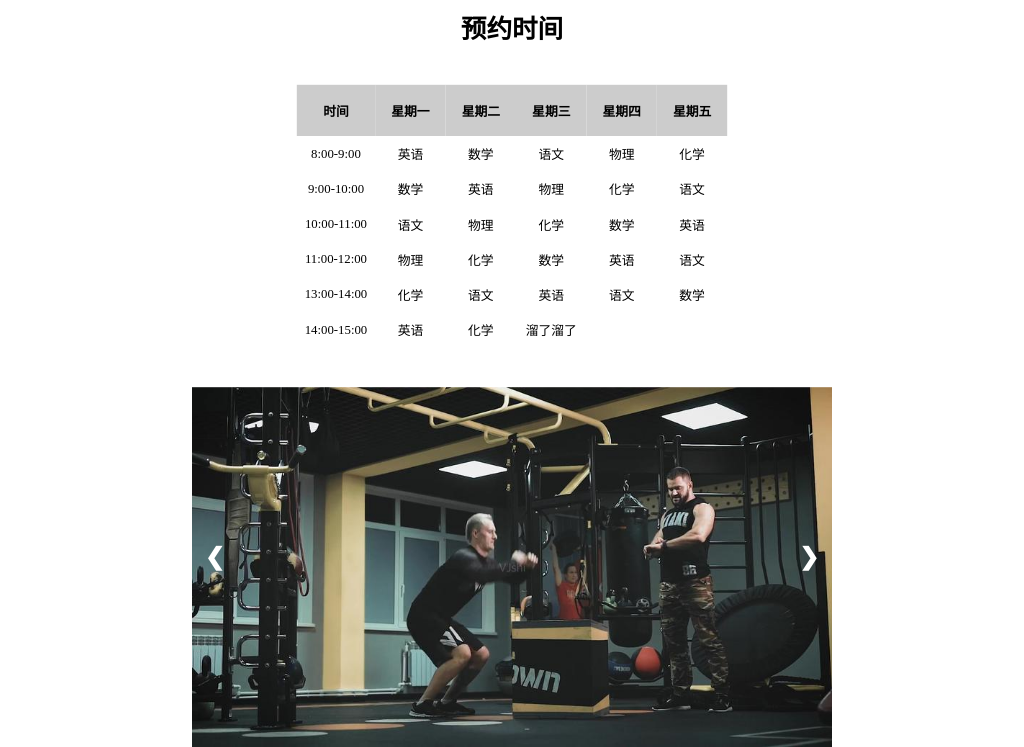
Repository: wupeng6666/Sports-Hall-Booking-System
Page: LearingDjango/app01/templates/yuyue.html
The author's editor kept a copy of each file at every save. The page is drawn from the files as they stood at one save, then again after the next save.
The browser window is 1280 px wide. The pictures show the whole page, at 80% of full size.
Backgrounds fixed to the window are drawn as part of the page. The template is drawn by Django 4.2. The application's start-up code is not run. Other server files are loaded and not shown. The template is opened directly, without the code that normally fills it, so the values that code supplies are empty.

Above is the page before, as saved 2023-06-07 14:05:28.

### LearingDjango/app01/templates/yuyue.html
{% load static %}
<html lang="en">




<head>
    <meta charset="UTF-8">
    <title>课表</title>
    {% load static %}
</head>
<style>
    h1 {
        text-align: center;
        margin-top: 10px;
    }

    table {
        margin: 50px auto;
        border-collapse: collapse;
    }

    th {
        background-color: #ccc;
        font-weight: bold;
        padding: 20px;
    }

    td {
        text-align: center;
        padding: 10px;
    }

    .course {
        cursor: pointer;
        background-color: #fff;
    }

    .course:hover {
        background-color: #f7f7f7;
    }

    /* 轮播图 */
    .slideshow-container {
        position: relative;
        margin: auto;
        height: 400px;
        width: 800px;
    }

    .mySlides {
        display: none;
        position: absolute;
        width: 100%;
        height: 100%;
    }

    .prev,
    .next {
        position: absolute;
        top: 50%;
        width: auto;
        margin-top: -22px;
        padding: 16px;
        color: white;
        font-weight: bold;
        font-size: 30px;
        transition: 0.6s ease;
        border-radius: 0 3px 3px 0;
        cursor: pointer;
    }

    .prev {
        left: 0;
        border-radius: 3px 0 0 3px;
    }

    .next {
        right: 0;
        border-radius: 3px 0 0 3px;
    }

    .prev:hover,
    .next:hover {
        background-color: rgba(0, 0, 0, 0.8);
    }

    .fade {
        animation-name: fade;
        animation-duration: 1.5s;
    }

    @keyframes fade {
        from {
            opacity: .4
        }

        to {
            opacity: 1
        }
    }

    /* 背景图 */
    .image-container {
        background: url("{% static '../static/img/beijing.webp' %}") no-repeat center center fixed;
        -webkit-background-size: cover;
        -moz-background-size: cover;
        -o-background-size: cover;
        background-size: cover;
        opacity: 1;
    }
</style>

<body>
    {% load static %}
    <!-- 背景图 -->
    <div class="image-container">
        <!-- <img src="{% static '../static/img/beijing.webp' %}" alt=""> -->
    </div>

    <h1>预约时间</h1>
    <table>
        <thead>
            <tr>
                <th>时间</th>
                <th>星期一</th>
                <th>星期二</th>
                <th>星期三</th>
                <th>星期四</th>
                <th>星期五</th>
            </tr>
        </thead>
        <tbody>
            <tr>
                <td>8:00-9:00</td>
                <td class="course" id="monday1">英语</td>
                <td class="course" id="tuesday1">数学</td>
                <td class="course" id="wednesday1">语文</td>
                <td class="course" id="thursday1">物理</td>
                <td class="course" id="friday1">化学</td>
            </tr>
            <tr>
                <td>9:00-10:00</td>
                <td class="course" id="monday2">数学</td>
                <td class="course" id="tuesday2">英语</td>
                <td class="course" id="wednesday2">物理</td>
                <td class="course" id="thursday2">化学</td>
                <td class="course" id="friday2">语文</td>
            </tr>
            <tr>
                <td>10:00-11:00</td>
                <td class="course" id="monday3">语文</td>
                <td class="course" id="tuesday3">物理</td>
                <td class="course" id="wednesday3">化学</td>
                <td class="course" id="thursday3">数学</td>
                <td class="course" id="friday3">英语</td>
            </tr>
            <tr>
                <td>11:00-12:00</td>
                <td class="course" id="monday4">物理</td>
                <td class="course" id="tuesday4">化学</td>
                <td class="course" id="wednesday4">数学</td>
                <td class="course" id="thursday4">英语</td>
                <td class="course" id="friday4">语文</td>
            </tr>
            <tr>
                <td>13:00-14:00</td>
                <td class="course" id="monday5">化学</td>
                <td class="course" id="tuesday5">语文</td>
                <td class="course" id="wednesday5">英语</td>
                <td class="course" id="thursday5">语文</td>
                <td class="course" id="friday5">数学</td>
            </tr>
            <tr>
                <td>14:00-15:00</td>
                <td class="course" id="monday6">英语</td>
                <td class="course" id="tuesday6">化学</td>
                <td class="course" id="wednesday6">溜了溜了</td>
            </tr>
        </tbody>
    </table>
    <div class="slideshow-container">
        <div class="mySlides fade">
            <img src="{% static '../static/img/健身.jpg' %}" style="width:100%">
        </div>

        <div class="mySlides fade">
            <img src="{% static '../static/img/游泳.webp' %}" style="width:100%">
        </div>

        <div class="mySlides fade">
            <img src="{% static '../static/img/羽毛球.webp' %}" style="width:100%">
        </div>

        <a class="prev" onclick="plusSlides(-1)">&#10094;</a>
        <a class="next" onclick="plusSlides(1)">&#10095;</a>
    </div>


</body>
<script>
    // 获取所有课程格子
    var courses = document.querySelectorAll('.course');

    // 遍历课程格子并添加点击事件
    courses.forEach(function (course) {
        course.addEventListener('click', function () {
            var courseName = this.innerHTML;
            alert('你点击了课程：' + courseName);
        });
    });

    //轮播图
    var slideIndex = 1;
    showSlides(slideIndex);

    function plusSlides(n) {
        showSlides(slideIndex += n);
    }

    function currentSlide(n) {
        showSlides(slideIndex = n);
    }

    function showSlides(n) {
        var i;
        var slides = document.getElementsByClassName("mySlides");
        if (n > slides.length) { slideIndex = 1 }
        if (n < 1) { slideIndex = slides.length }
        for (i = 0; i < slides.length; i++) {
            slides[i].style.display = "none";
        }
        slides[slideIndex - 1].style.display = "block";
    }

    var prevBtn = document.querySelector('.prev');
    var nextBtn = document.querySelector('.next');

    prevBtn.addEventListener('click', function () {
        plusSlides(-1);
    });

    nextBtn.addEventListener('click', function () {
        plusSlides(1);
    });


</script>

After the next save:
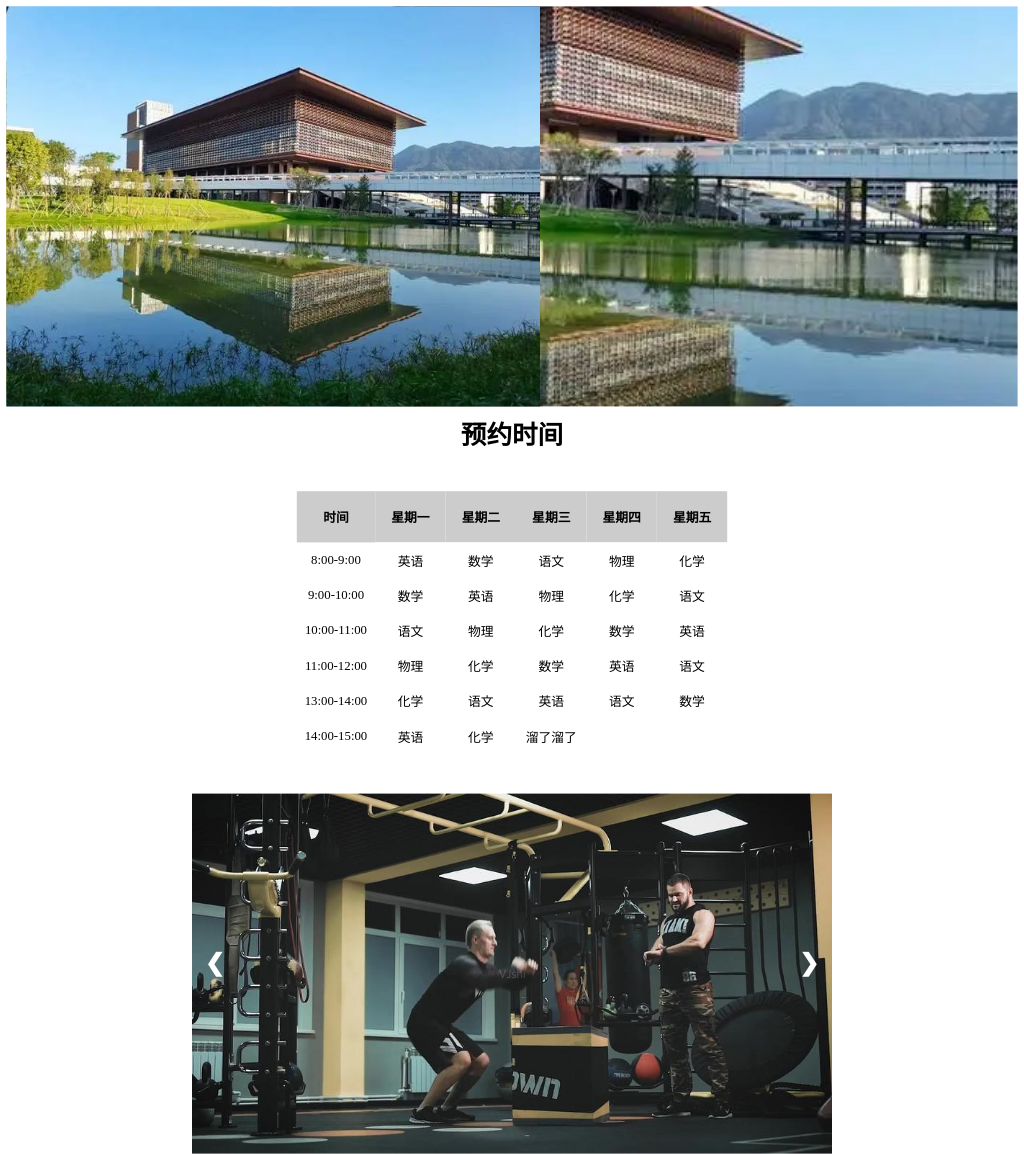
Saved 17 s later.
--- a/LearingDjango/app01/templates/yuyue.html
+++ b/LearingDjango/app01/templates/yuyue.html
@@ -115,7 +115,7 @@
     {% load static %}
     <!-- 背景图 -->
     <div class="image-container">
-        <!-- <img src="{% static '../static/img/beijing.webp' %}" alt=""> -->
+        <img src="{% static '../static/img/beijing.webp' %}" alt="">
     </div>
 
     <h1>预约时间</h1>
